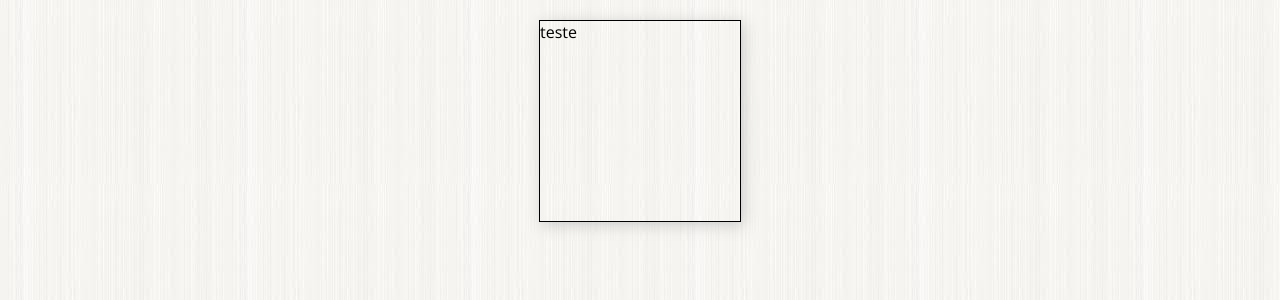
Repository: lauroPereira/study
Page: http://localhost/modules/home/home.php
These files come from the project's save history. The page is drawn as it stood at one moment and after the next save; the edit follows.
The browser window is 1280 px wide. The pictures show the whole page.
The page is run by PHP 8.4 with error messages shown; the project is at /var/www/html/.

Above is the page before, as saved 2016-06-14 04:20:08.

After the next save:
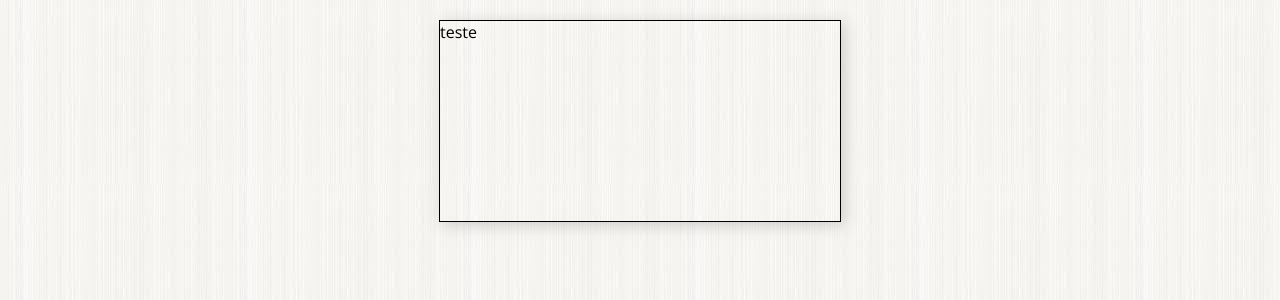
Saved 32 s later.
--- a/TrabalhoFinalWeb/css/home.css
+++ b/TrabalhoFinalWeb/css/home.css
@@ -2,7 +2,7 @@
 	box-shadow: 3px 3px 15px #ccc;
 	border: 1px solid black;
 	height:200px;
-	width:200px;
+	width:400px;
 	margin: 0 auto;
 	margin-top: 20px;
 }
